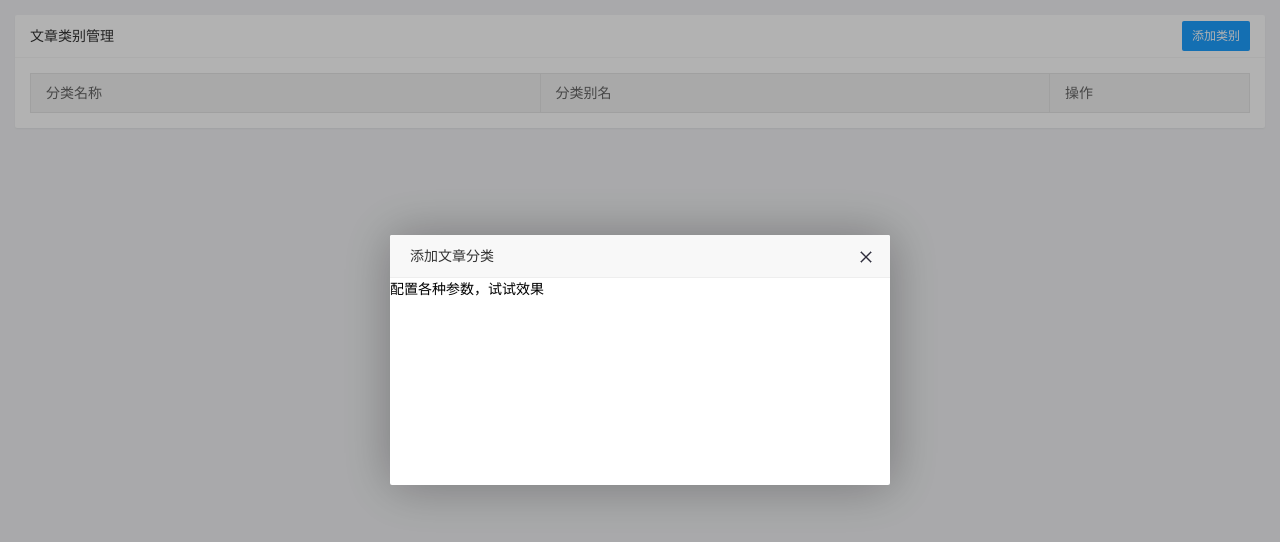
Repository: haloxxi/web_bigevent
Page: article/art-cate.html
The author's editor kept a copy of each file at every save. The page is drawn from the files as they stood at one save, then again after the next save.
The browser window is 1280 px wide. The pictures show the whole page.
After loading, the first visible `#btnAddCate` was clicked once.
The page's requests for data from a server got no answer.

Above is the page before, as saved 2022-06-27 17:37:42.
Console error: TypeError: Cannot read properties of undefined (reading 'status')

After the next save:
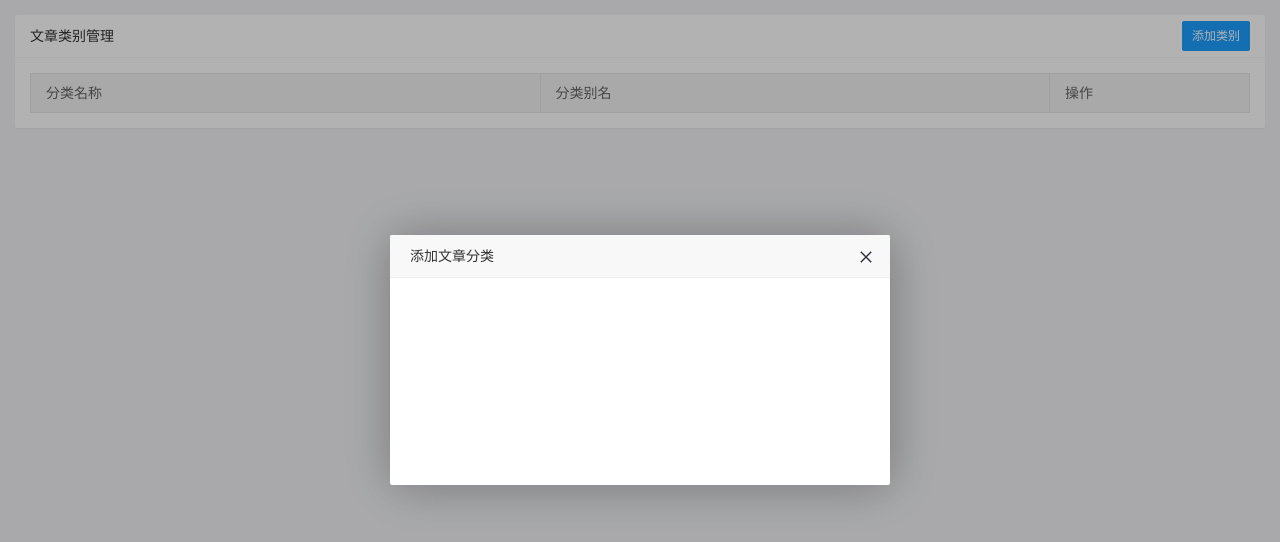
Saved 8 min 57 s later.
--- a/assets/js/article/art-cade.js
+++ b/assets/js/article/art-cade.js
@@ -23,7 +23,7 @@ $(function() {
                 type: 1,
                 area: ['500px', '250px'],
                 title: '添加文章分类',
-                content: '配置各种参数，试试效果',
+                content: '' //这里的内容 可以写在script里 然后引用渲染
 
             });
 
